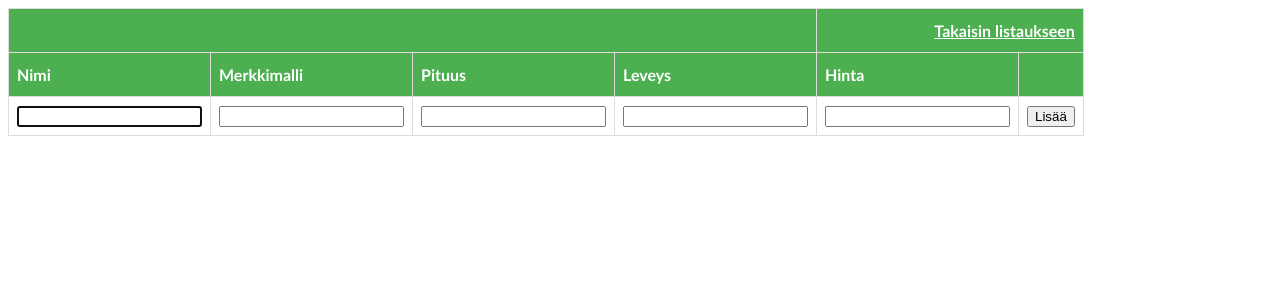
Repository: a1503589/ohjelmointi2-lopputyo
Page: http://localhost/autot/lisaavene.jsp
An editor plug-in stored every save of this project. The page is shown before and after the next save, followed by the edit.
The browser window is 1280 px wide. The pictures show the whole page.
The page is served by Tomcat 9.

Above is the page before, as saved 2021-12-14 17:23:48.

After the next save:
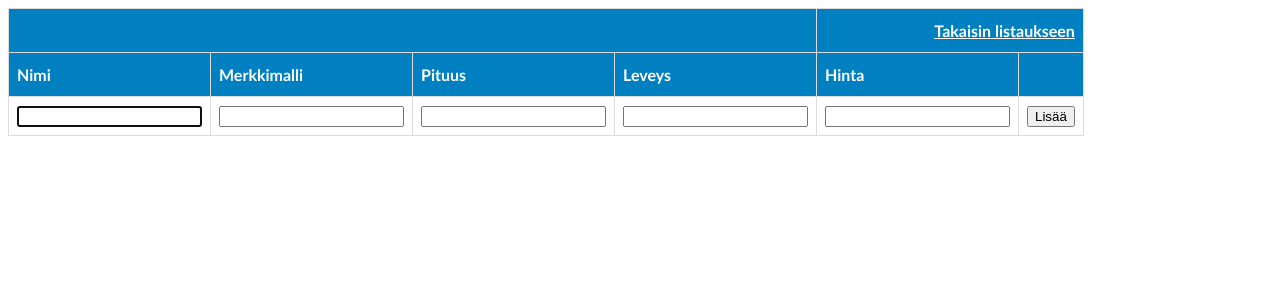
Saved 3 min 33 s later.
--- a/autot/src/main/webapp/css/main.css
+++ b/autot/src/main/webapp/css/main.css
@@ -18,7 +18,7 @@ table th {
   padding-top: 12px;
   padding-bottom: 12px;
   text-align: left;
-  background-color: #4CAF50;
+  background-color: rgb(0, 128, 192);
   color: white;
 }
 
